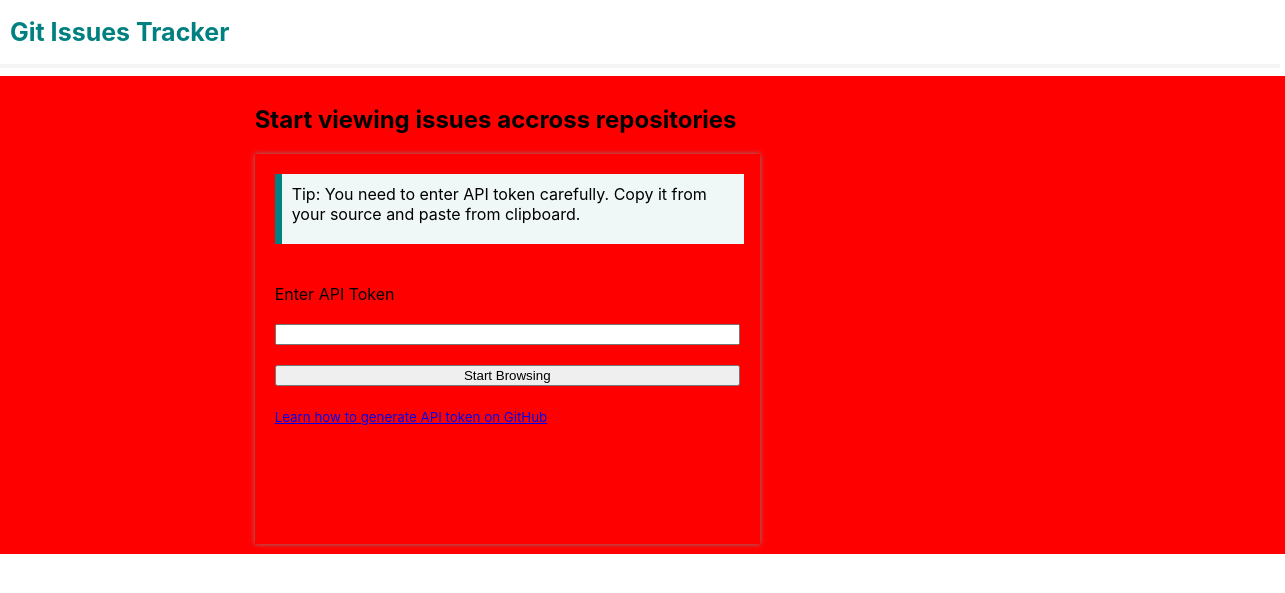
Repository: duzzisantos/github-repos-react-graphql
Page: /
These files come from the project's save history. The page is drawn as it stood at one moment and after the next save; the edit follows.
The browser window is 1280 px wide. The page is 1285 px wide, then 1280 px, so the pictures cover 1285 px, including what lies to the right of the window. The pictures show the whole page.
The project was rebuilt for these pictures with package versions that can differ from the ones it lists, and the page was loaded fresh each time. Also part of the build but not shown: src/components/table/Filters.tsx, src/components/table/Pagination.tsx, src/components/table/TableComponent.tsx, src/components/table/columnHelpers.ts, src/utilities/funtions.ts, src/pages/Repositories.tsx, src/components/cards/Cards.tsx, src/pages/ViewRepository.tsx.

Above is the page before, as saved 2024-06-17 17:42:08.

### src/index.tsx
import React from "react";
import ReactDOM from "react-dom/client";
import "./index.css";
import App from "./App";
import reportWebVitals from "./reportWebVitals";
import { BrowserRouter } from "react-router-dom";
import { ApolloProvider } from "@apollo/client";
import client from "./api/apolloClient";

const root = ReactDOM.createRoot(
  document.getElementById("root") as HTMLElement
);
root.render(
  <React.StrictMode>
    <BrowserRouter>
      <ApolloProvider client={client}>
        <App />
      </ApolloProvider>
    </BrowserRouter>
  </React.StrictMode>
);

// If you want to start measuring performance in your app, pass a function
// to log results (for example: reportWebVitals(console.log))
// or send to an analytics endpoint. Learn more: https://bit.ly/CRA-vitals
reportWebVitals();

### src/App.tsx
import React from "react";
import "./styles.scss";
import { Routes, Route } from "react-router-dom";
import StartPage from "./pages/StartPage";
import Repositories from "./pages/Repositories";
import ViewRepository from "./pages/ViewRepository";

function App() {
  return (
    <div className="App">
      <h1>Git Issues Tracker</h1>
      <hr />

      <Routes>
        <Route path="/" element={<StartPage />} />
        <Route path="/start" element={<StartPage />} />
        <Route path="/repositories" element={<Repositories />} />
        <Route path="/owner/repositoryName" element={<ViewRepository />} />
      </Routes>
    </div>
  );
}

export default App;

### src/api/apolloClient.ts
import { ApolloClient, InMemoryCache, createHttpLink } from "@apollo/client";
import { setContext } from "@apollo/client/link/context";

const http = createHttpLink({
  uri: "https://api.github.com/graphql",
});

const auth = setContext((_, { headers }) => {
  const apiToken = localStorage.getItem("authToken");

  return {
    headers: {
      ...headers,
      authorization: `Bearer ${apiToken}`,
    },
  };
});

const client = new ApolloClient({
  link: auth.concat(http),
  cache: new InMemoryCache(),
});

export default client;

### src/styles.scss
.container {
  width: 98.8%;
  background-color: red;
  padding: 10px 10px;
  display: flex;
  flex-direction: row;
  justify-content: center;
  bottom: 0;
  margin-left: auto;
}

h1 {
  font-size: 25px;
  padding: 0 10px;
  color: teal;
}

hr {
  border: 2px solid whitesmoke;
}

.display-item {
  width: 80%;
}

form {
  width: 60%;
  height: 350px;

  box-shadow: 0px 0px 5px gray;
  padding: 20px 20px;
}

.form-group {
  display: flex;
  flex-direction: column;
}

.user-tip {
  height: 50px;
  width: 95%;
  padding: 10px 10px;
  margin-bottom: 40px;
  border-left: 7px solid teal;
  background-color: rgb(239, 247, 247);
}

label,
input,
.primary-btn {
  margin-bottom: 20px;
}

### src/pages/StartPage.tsx
import React from "react";
import Container from "src/components/Container";
import Form from "src/components/Form";

const StartPage = () => {
  return (
    <Container
      pageSubTitle="Start viewing issues accross repositories"
      children={<Form />}
    />
  );
};

export default StartPage;

### src/components/Container.tsx
import React from "react";

interface ContainerProps {
  pageSubTitle: string;
  repositoryOwner?: string;
  children: any;
}

const Container = ({
  pageSubTitle,
  children,
  repositoryOwner,
}: ContainerProps) => {
  return (
    <main className="container">
      <section>
        <h2>{pageSubTitle}</h2>
        <h3>{repositoryOwner}</h3>
        {children}
      </section>
    </main>
  );
};

export default Container;

### src/components/Form.tsx
import React, { useState } from "react";
import { useNavigate } from "react-router-dom";
import { useLazyQuery } from "@apollo/client";
import { GET_ALL_REPOSITORIES } from "src/api/queryhelper";
//We need to specify the types of data we would be utilizing as state

const Form = () => {
  const [apiToken, setApiToken] = useState("");
  const [apiPayLoad, setApiPayload] = useState([]);
  const [getRepositories, { loading, error, data }] =
    useLazyQuery(GET_ALL_REPOSITORIES);

  const navigate = useNavigate();

  const handleChange = (e: any) => {
    setApiToken(e.target.value);
  };

  const handleSubmit = () => {
    localStorage.setItem("authToken", apiToken);

    //We make the GraphQL API call here
    getRepositories()
      .then((res: any) => {
        console.log(res.data);
        setApiPayload(res.data.viewer.repositories.nodes);
      })
      .catch((err) => {
        console.warn(err?.message);
      });
  };

  if (data) {
    navigate("/repositories", {
      state: {
        //this is the result we want to consume as we navigate to the /repositories route
        data: data.viewer.repositories.nodes,
        error: error,
        loading: loading,
        apiPayLoad,
      },
    });
  }

  return (
    <form>
      <div className="user-tip">
        Tip: You need to enter API token carefully. Copy it from your source and
        paste from clipboard.
      </div>

      <div className="form-group">
        <label htmlFor="apiToken">Enter API Token</label>
        <input
          type="text"
          name="apiToken"
          value={apiToken}
          onChange={handleChange}
        />
        <button className="primary-btn" type="button" onClick={handleSubmit}>
          Start Browsing
        </button>

        <strong>{error && error.message}</strong>
      </div>
      <small className="form-text" id="info">
        <a
          title="Read short documentation"
          href="https://docs.github.com/en/authentication/keeping-your-account-and-data-secure/managing-your-personal-access-tokens"
        >
          Learn how to generate API token on GitHub
        </a>
      </small>
    </form>
  );
};

export default Form;

### src/api/queryhelper.ts
import { gql } from "@apollo/client";

const GET_ALL_REPOSITORIES = gql`
  query {
    viewer {
      repositories(first: 50) {
        nodes {
          id
          name
          owner {
            login
          }
          visibility
          stargazerCount
          forkCount
          url
          issues {
            totalCount
          }
          licenseInfo {
            name
          }
          updatedAt
          createdAt
        }
      }
    }
  }
`;

const GET_REPOSITORY_BY_NAME = gql`
  query ($name: NAME!) {
    node(name: $name) {
      ... on Repository {
        id
        name
        owner {
          login
        }
        visibility
        stargazerCount
        forkCount
        url
        issues {
          totalCount
        }
        licenseInfo {
          name
        }
        updatedAt
        createdAt
      }
    }
  }
`;

export { GET_ALL_REPOSITORIES, GET_REPOSITORY_BY_NAME };

Loaded but not shown: public/index.html (common file); src/index.css (common file); src/reportWebVitals.ts (common file)

After the next save:
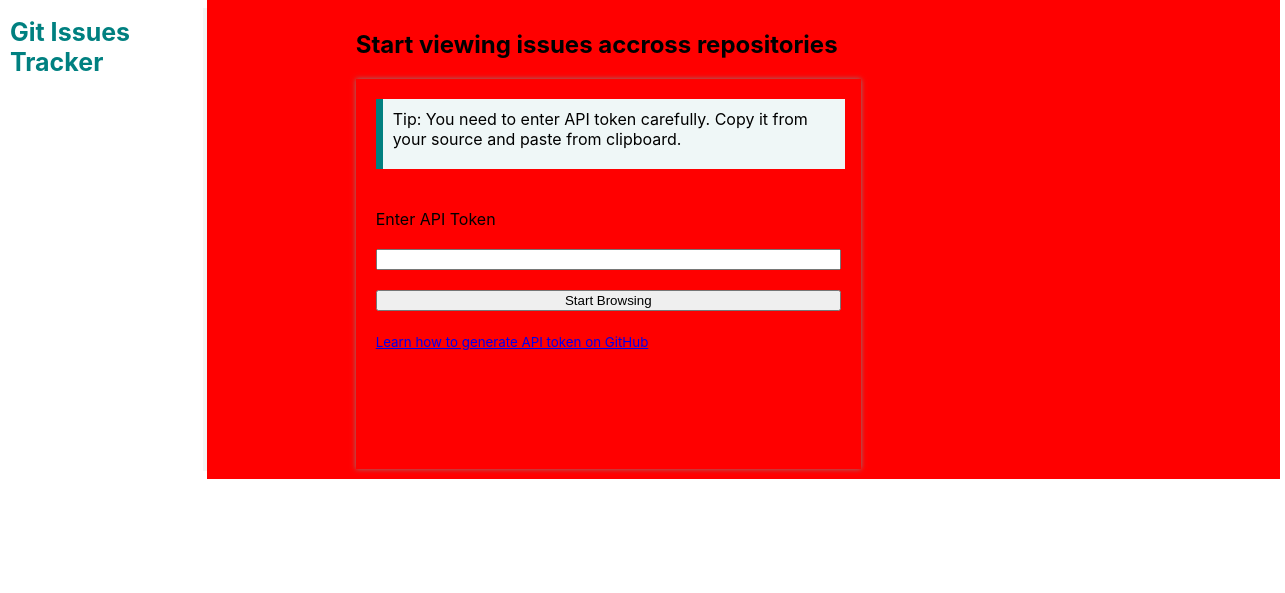
Saved 18 s later.
--- a/src/styles.scss
+++ b/src/styles.scss
@@ -1,3 +1,7 @@
+.App {
+  display: flex;
+}
+
 .container {
   width: 98.8%;
   background-color: red;
